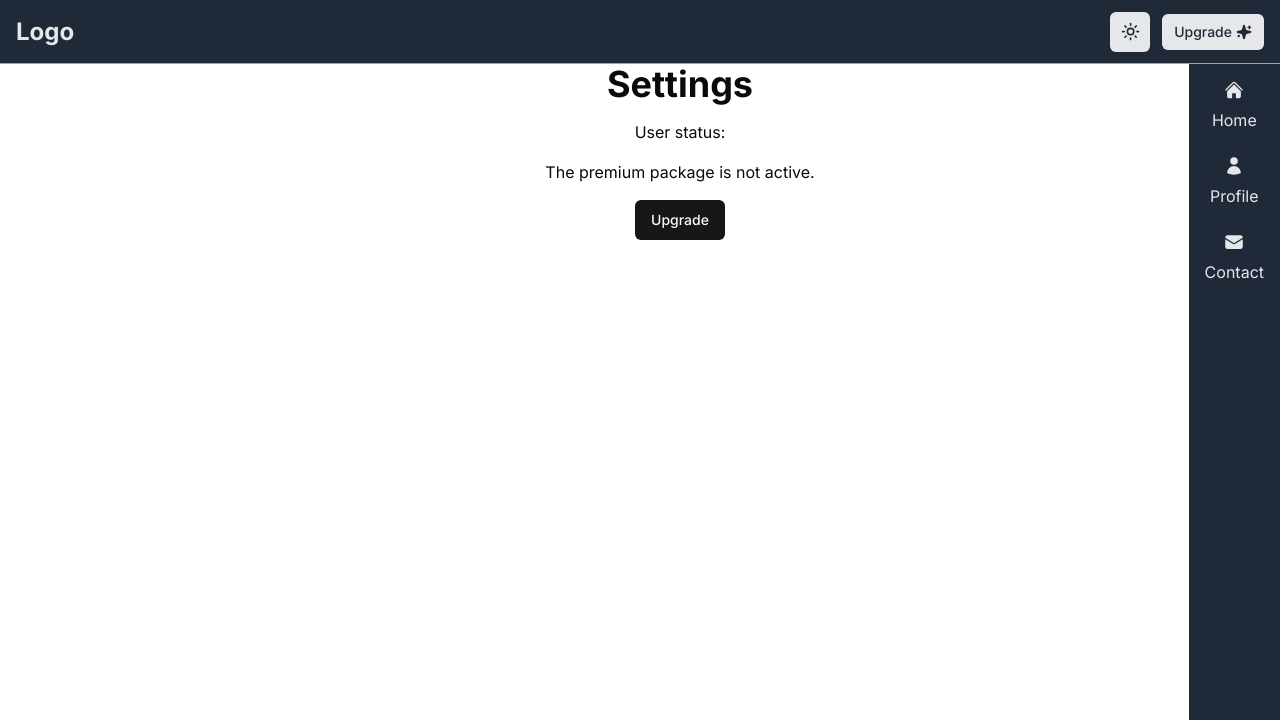
Repository: michalmilek/AI-companion-bot
Page: /settings
The author's editor kept a copy of each file at every save. The page is drawn from the files as they stood at one save, then again after the next save.
The browser window is 1280 px wide. The pictures show the whole page.
The page's requests for data from a server got no answer. The project was rebuilt for these pictures with package versions that can differ from the ones it lists, and the page was loaded fresh each time. Some packages were replaced by stand-ins written for this rebuild. The framework's server and built-in components were replaced by stand-ins that run in the browser. No one was signed in, and anything a server would have sent is missing. Also part of the build but not shown: next.config.js. Imported but missing from the stored project, and not drawn on this page: lib/prismadb.

Above is the page before, as saved 2023-10-10 15:42:29.

After the next save:
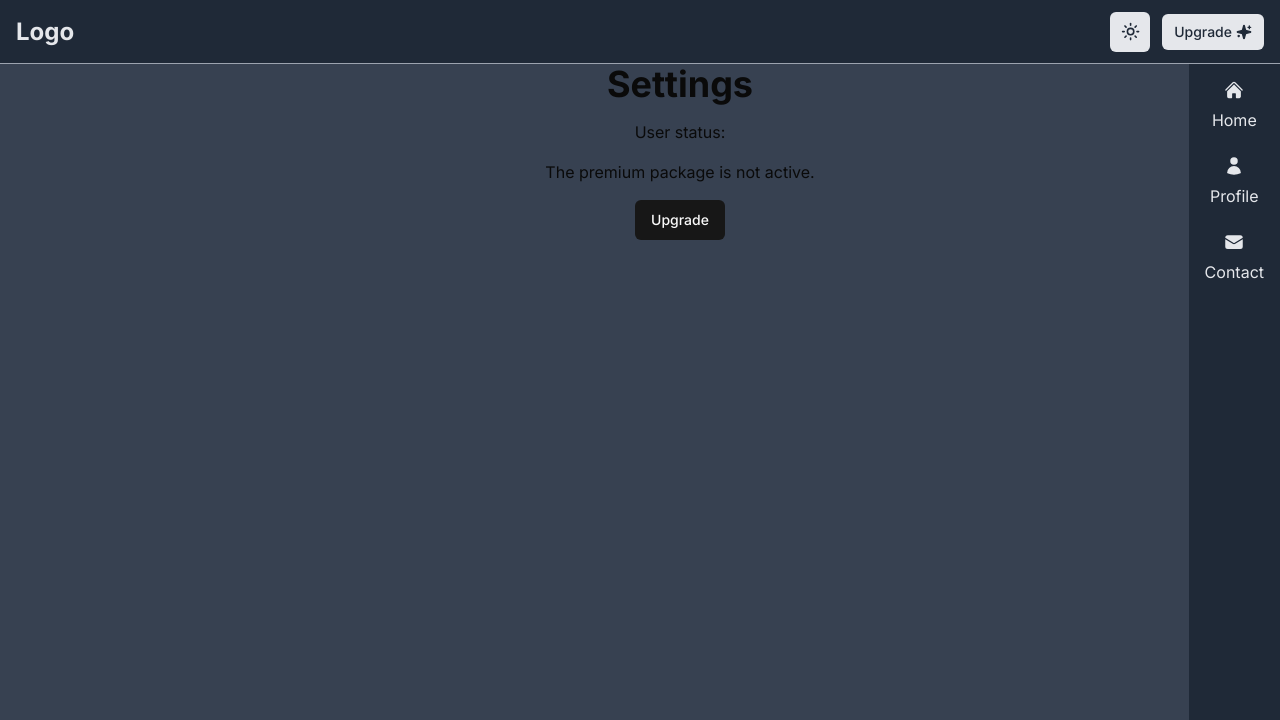
Saved 41 s later.
--- a/app/(root)/layout.tsx
+++ b/app/(root)/layout.tsx
@@ -10,7 +10,11 @@ const RootLayout = ({ children }: { children: React.ReactNode }) => {
   const { theme } = useTheme();
 
   return (
-    <div className={`h-screen ${clsx(theme === "dark" && "bg-gray-700")} `}>
+    <div
+      className={`h-screen ${clsx(
+        theme === "dark" || ("system" && "bg-gray-700"),
+        theme === "light" && "bg-gray-300"
+      )} `}>
       <Navbar />
       <MobileSidebar />
       <main className="md:pl-20 pt-16 h-full">{children}</main>
